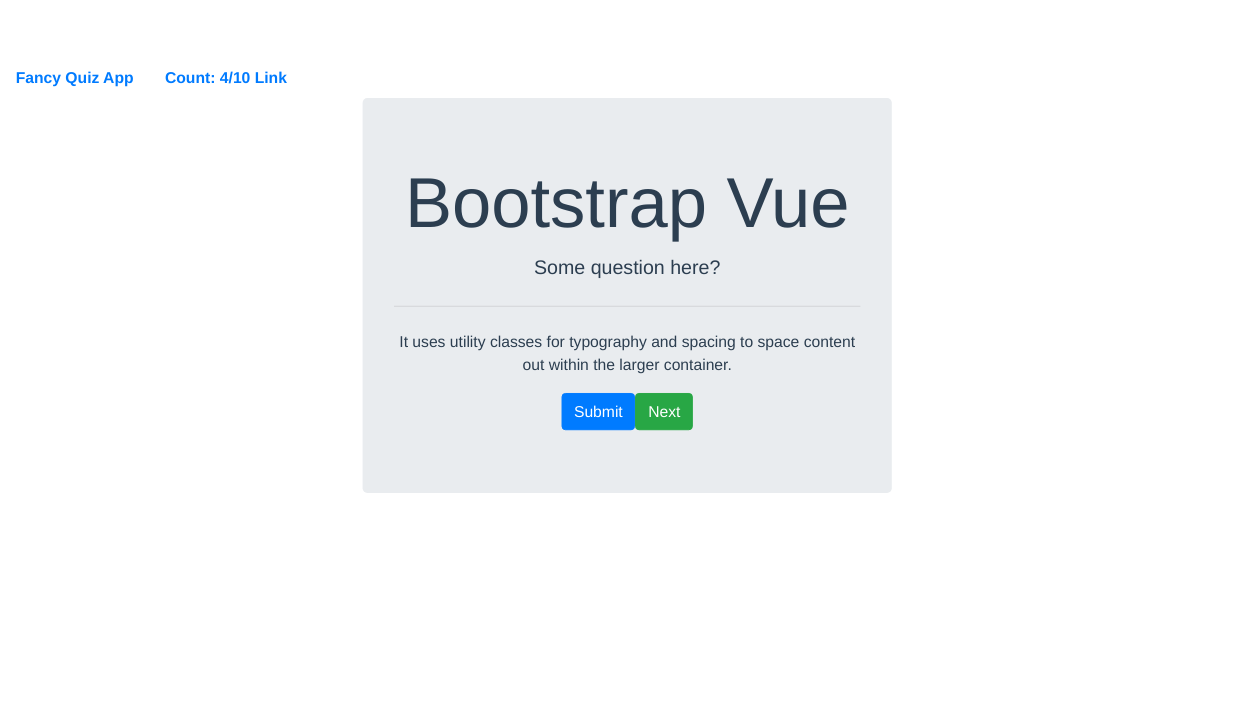
Repository: tokliver/AppVue
Page: /
These files come from the project's save history. The page is drawn as it stood at one moment and after the next save; the edit follows.
The browser window is 1280 px wide. The pictures show the whole page, at 98% of full size.
The page's requests for data from a server got no answer. The project was rebuilt for these pictures with package versions that can differ from the ones it lists, and the page was loaded fresh each time. No one was signed in, and anything a server would have sent is missing.

Above is the page before, as saved 2019-04-13 11:40:36.

After the next save:
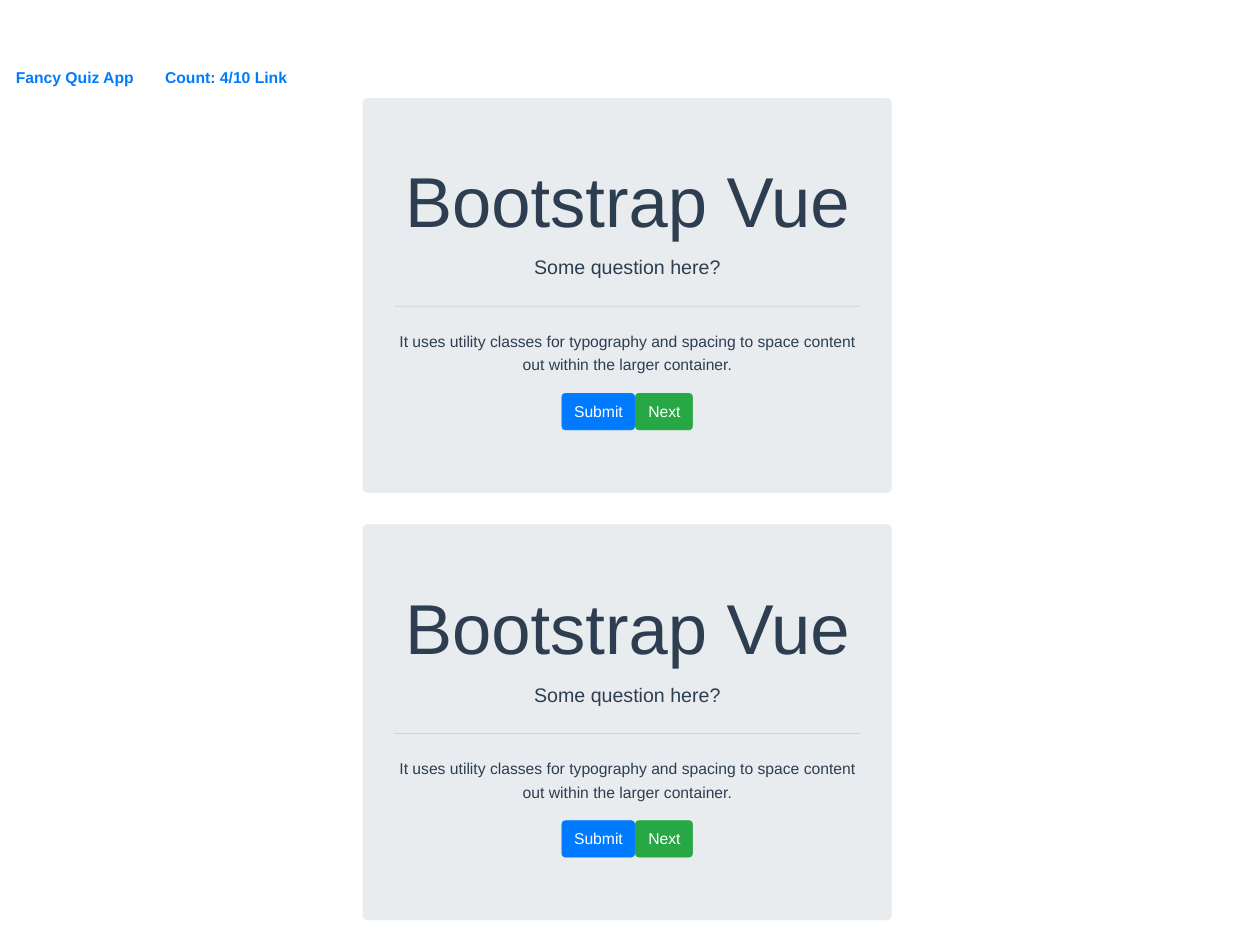
Saved 58 s later.
--- a/src/App.vue
+++ b/src/App.vue
@@ -4,7 +4,7 @@
     <b-container class="bv-example-row">
        <b-row>
           <b-col sm="6" offset="3">
-              <QuestionBox />
+              <QuestionBox /><QuestionBox />
             </b-col>
 
        </b-row>

After the 2 saves that followed:
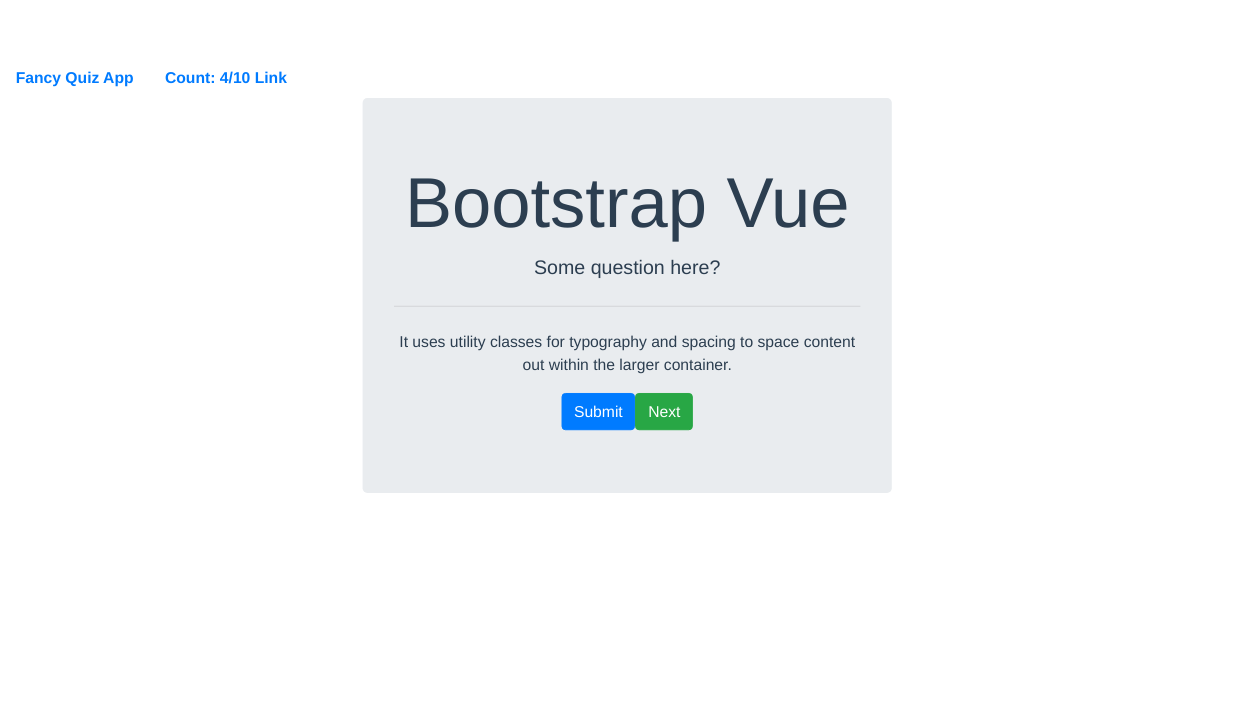
The 2 saves are shown as one change because they came seconds apart.
The last was saved 7 s later.
--- a/src/App.vue
+++ b/src/App.vue
@@ -4,7 +4,7 @@
     <b-container class="bv-example-row">
        <b-row>
           <b-col sm="6" offset="3">
-              <QuestionBox /><QuestionBox />
+              <QuestionBox /></QuestionBox >
             </b-col>
 
        </b-row>
